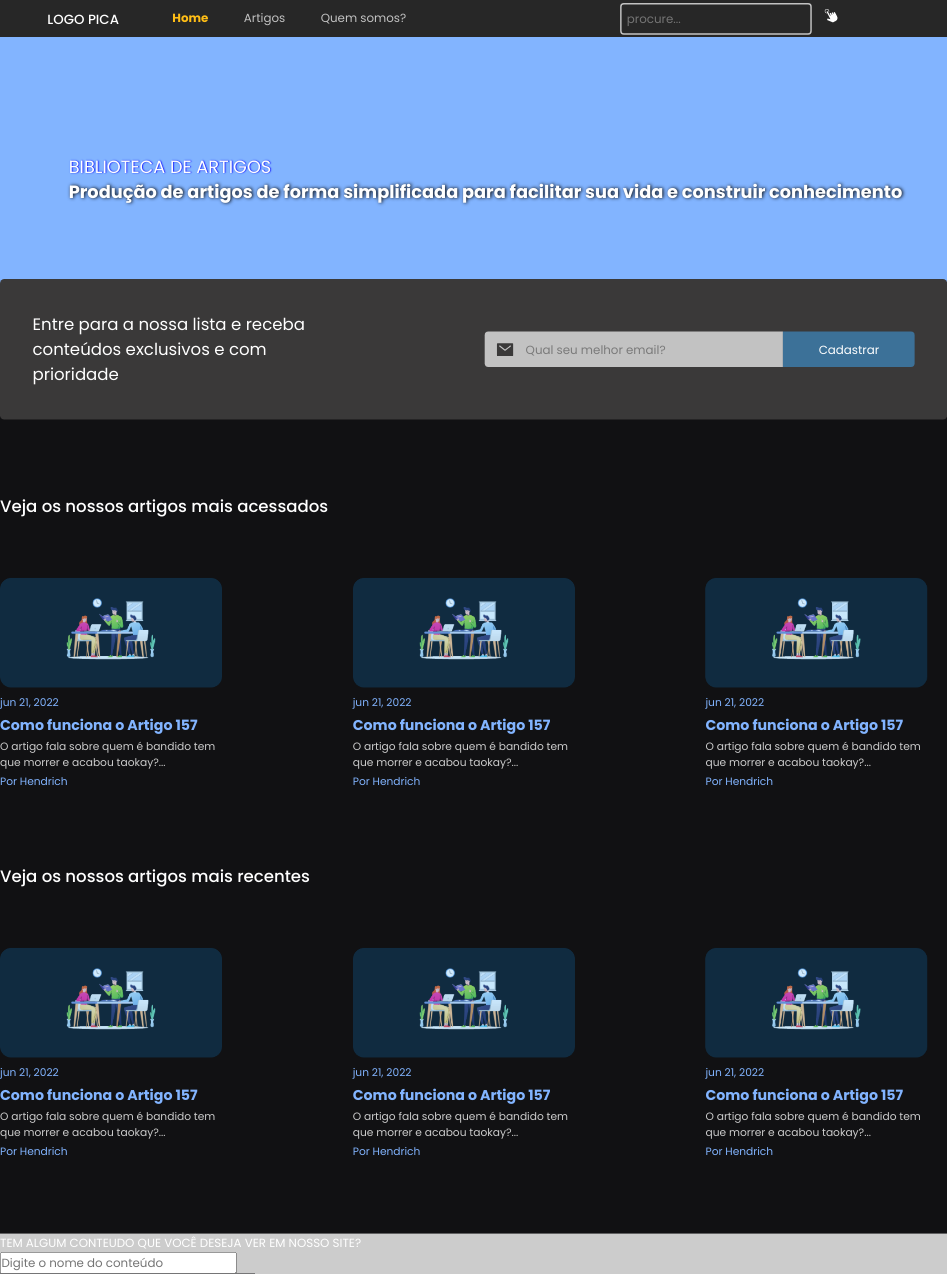
Repository: ArthurHendrich/Inepto
Page: /
An editor plug-in stored every save of this project. The page is shown before and after the next save, followed by the edit.
The browser window is 1280 px wide. The pictures show the whole page, at 74% of full size.
The project was rebuilt for these pictures with package versions that can differ from the ones it lists, and the page was loaded fresh each time. The framework's server and built-in components were replaced by stand-ins that run in the browser. Also part of the build but not shown: next.config.js.

Above is the page before, as saved 2022-07-06 21:29:05.

### src/pages/_app.tsx
import { AppProps } from "next/app";
import { Header } from "../components/header";

import '../styles/global.scss';

function MyApp({ Component, pageProps }: AppProps) {
  return (
    <>
    <Header />
    <Component {...pageProps} />
    </>
  );
}

export default MyApp;

### src/pages/_document.tsx
import Document, { Html, Head, Main, NextScript } from "next/document";

export default class MyDocument extends Document {
  render() {
    return (
      <Html>
        <Head>
          <link rel="preconnect" href="https://fonts.googleapis.com" />
          <link
            href="https://fonts.googleapis.com/css2?family=Poppins:wght@400;500;700;900&display=swap"
            rel="stylesheet"
          />
          <link rel="shortcut icon" href="favicon.png" type="image/png" />
        </Head>
        <body>
          <Main />
          <NextScript />
        </body>
      </Html>
    );
  }
}

### src/pages/index.tsx
import Head from "next/head";

import styles from "../styles/home.module.scss";

import { IoMailSharp } from 'react-icons/io5';

export default function Home() {
  return (
    <>
      <Head>
        <title>Direito Inepto</title>
      </Head>

      <main>
        <section className={styles.headerContainer}>
          <div className={styles.headerText}>
            <h1>BIBLIOTECA DE ARTIGOS</h1>
            <h2>
              Produção de artigos de forma simplificada para facilitar sua vida
              e construir conhecimento
            </h2>
          </div>
        </section>

        <section className={styles.inputContainer}>
          <h2>
            Entre para a nossa lista e receba conteúdos exclusivos e com
            prioridade
          </h2>
          <div className={styles.inputContent}>
            <div className={styles.ContentFake}>
              <IoMailSharp className={styles.mail}/>
              <input type="text" placeholder="Qual seu melhor email?" />
            </div>
              <button>Cadastrar</button>
          </div>
        </section>

        <section className={styles.acessContainer}>
          <div className={styles.acessTitle}>
            Veja os nossos artigos mais acessados
          </div>
          <div className={styles.acessContent}>
            <div className={styles.contentItem}>
              <img src="images/imagemteste.png" alt="teste" />
              <time>jun 21, 2022</time>
              <h2>Como funciona o Artigo 157</h2>
              <p>O artigo fala sobre quem é bandido tem que morrer e acabou taokay?...</p>
              <span>Por Hendrich</span>
            </div>
            <div className={styles.contentItem}>
              <img src="images/imagemteste.png" alt="teste" />
              <time>jun 21, 2022</time>
              <h2>Como funciona o Artigo 157</h2>
              <p>O artigo fala sobre quem é bandido tem que morrer e acabou taokay?...</p>
              <span>Por Hendrich</span>
            </div>
            <div className={styles.contentItem}>
              <img src="images/imagemteste.png" alt="teste" />
              <time>jun 21, 2022</time>
              <h2>Como funciona o Artigo 157</h2>
              <p>O artigo fala sobre quem é bandido tem que morrer e acabou taokay?...</p>
              <span>Por Hendrich</span>
            </div>
          </div>
        </section>

        <section className={styles.recentContainer}>
          <div className={styles.recentTitle}>
            Veja os nossos artigos mais recentes
          </div>
          <div className={styles.recentContent}>
            <div className={styles.contentItem}>
              <img src="images/imagemteste.png" alt="teste" />
              <time>jun 21, 2022</time>
              <h2>Como funciona o Artigo 157</h2>
              <p>O artigo fala sobre quem é bandido tem que morrer e acabou taokay?...</p>
              <span>Por Hendrich</span>
            </div>
            <div className={styles.contentItem}>
              <img src="images/imagemteste.png" alt="teste" />
              <time>jun 21, 2022</time>
              <h2>Como funciona o Artigo 157</h2>
              <p>O artigo fala sobre quem é bandido tem que morrer e acabou taokay?...</p>
              <span>Por Hendrich</span>
            </div>
            <div className={styles.contentItem}>
              <img src="images/imagemteste.png" alt="teste" />
              <time>jun 21, 2022</time>
              <h2>Como funciona o Artigo 157</h2>
              <p>O artigo fala sobre quem é bandido tem que morrer e acabou taokay?...</p>
              <span>Por Hendrich</span>
            </div>
          </div>
        </section>

        <section className={styles.contentContainer}>
          <div className={styles.contentTitle}>
            TEM ALGUM CONTEUDO QUE VOCÊ DESEJA VER EM NOSSO SITE?
          </div>
          <div className={styles.contentField}>
            <input type="text" placeholder="Digite o nome do conteúdo" />
          </div>
        </section>
      </main>
    </>
  );
}

### src/components/header/index.tsx
import styles from "./styles.module.scss";
import { GiClick } from "react-icons/gi";
import { ActiveLink } from "../ActiveLink";
import { useState } from "react";



export function Header() {
  const [inputText, setInputText] = useState('');



  return (
    <header className={styles.headerContainer}>
      <div className={styles.headerContent}>
        <div className={styles.headerItens}>
          <div className={styles.headerLogo}>
            <ActiveLink href="/" activeClassName={styles.active}>
              <a>LOGO PICA</a>
            </ActiveLink>
          </div>

          <nav>
            <ActiveLink href="/" activeClassName={styles.active}>
              <a>Home</a>
            </ActiveLink>

            <ActiveLink href="/posts" activeClassName={styles.active}>
              <a>Artigos</a>
            </ActiveLink>

            <ActiveLink href="/sobre" activeClassName={styles.active}>
              <a>Quem somos?</a>
            </ActiveLink>
          </nav>
        </div>

        <div className={styles.headerSearch}>
          <input
            type="text"
            value={inputText}
            placeholder="procure..."
            onChange={(e) => setInputText(e.target.value)}
          />
          <GiClick className={styles.headerSearchIcon}/>
        </div>
      </div>
    </header>
  );
}

### src/styles/global.scss
* {
  margin: 0;
  padding: 0;
  box-sizing: border-box;
}

:root {
  --white: #FFF;

  --gray-100: #C2C2C2;
  --gray-200: #CCCCCC;
  --gray-300: #7a7a7a;
  --gray-400: #3A3939;
  --gray-500: #272727;
  --gray-900: #111113;

  --blue-200: #3C7198;
  --blue-500: #82B4FF;
  --blue-900: #95D2FF;

  --purple-header: #2F1C6A;
  --purple-content: #492E9E;

  --yellow-500: #FFBE16;
}

@media (max-width: 1080px) {
  html {
    font-size: 93.75%;
  }
}

@media (max-width: 720px) {
  html {
    font-size: 87.5%;
  }
}

body{
  background: var(--gray-900);
  color: var(--white);
}

body, input, textarea, select, button {
  font: 400 1rem 'Poppins', sans-serif;
}

button {
  cursor: pointer;
}

a {
  color: inherit;
  text-decoration: none;
}

### src/styles/home.module.scss
.headerContainer {
  min-height: calc(60vh - 3.125rem);
  margin: 0 auto;
  display: flex;
  justify-content: center;
  align-items: center;
  padding: 0 2rem;
  background: var(--blue-500);

  .headerText {
    padding-left: 2rem;

    font-size: rem;

    h1 {
      font-weight: 50;
      cursor: pointer;
      text-shadow: 1px 0px 2px blue;
    }

    h2{
      font-weight: 700;
      line-height: 2rem;
      text-shadow: 1.5px 0px 5px black;
      cursor: pointer;
    }
  }

  img {
    width: 75%
  }
}

.inputContainer {
  max-width: 1475px;
  margin: 0 auto;
  margin-top: -55px;
  margin-bottom: 100px;
  padding: 2.75rem;
  display: flex;
  align-items: center;
  border-radius: 6px;
  background: var(--gray-400);

  h2 {
    font-size: 1.4rem;
    font-weight: 100;
  }

  .inputContent {
    padding-left: 15rem;
    display: flex;
    align-items: center;

    .ContentFake {
      display: flex;
      align-items: center;
      background: var(--gray-100);
      border-top-left-radius: 5px;
      border-bottom-left-radius: 5px;
      height: 3rem;

      input {
        margin-right: 2rem;
        border: none;
        background-color: transparent;
        color: var(--white);
        outline: none;
      }

      .mail{
        height: 25px;
        width: 25px;
        margin-right: 15px;
        margin-left: 15px;
        color: var(--gray-400);
      }
    }

    button {
      text-align: center;
      height: 3rem;
      background-color: var(--blue-200);
      border: 0;
      padding-left: 3rem;
      padding-right: 3rem;
      border-top-right-radius: 5px;
      border-bottom-right-radius: 5px;
      color: var(--white);

      transition: filter ease 0.2s;

      &:hover {
        filter: brightness(1.2);
      }
    }
  }


  *::placeholder {
    color: var(--gray-300);
  }
}


.acessContainer {
  max-width: 1700px;
  margin: 0 auto;

  .acessTitle {
    font-size: 1.4rem;
    font-weight: 500;
    margin-bottom: 80px;
  }

  .acessContent {
    max-width: 1500px;
    margin: 0 auto;


    display: grid;
    grid-template-columns: repeat(3, 1fr);
    gap: 150px;

    .contentItem {
      display: flex;
      flex-direction: column;
      max-width: 300px;

      img {
        width: 100%;
        height: 100%;
        object-fit: cover;
      }

      time {
        margin-top: 10px;
        margin-bottom: 5px;
        font-size: 0.9rem;
        color: var(--blue-500)
      }

      h2 {
        font-size: 1.2rem;
        margin-bottom: 5px;
        color: var(--blue-500)
      }

      p {
        font-size: 0.9rem;
        color: var(--gray-200);
        margin-bottom: 5px;
      }

      span {
        font-size: 0.9rem;
        color: var(--blue-500);
      }
    }
  }

  margin-bottom: 100px;
}

.recentContainer {
  max-width: 1700px;
  margin: 0 auto;

  .recentTitle {
    font-size: 1.4rem;
    font-weight: 500;
    margin-bottom: 80px;
  }

  .recentContent {
    max-width: 1500px;
    margin: 0 auto;


    display: grid;
    grid-template-columns: repeat(3, 1fr);
    gap: 150px;

    .contentItem {
      display: flex;
      flex-direction: column;
      max-width: 300px;

      img {
        width: 100%;
        height: 100%;
        object-fit: cover;
      }

      time {
        margin-top: 10px;
        margin-bottom: 5px;
        font-size: 0.9rem;
        color: var(--blue-500)
      }

      h2 {
        font-size: 1.2rem;
        margin-bottom: 5px;
        color: var(--blue-500)
      }

      p {
        font-size: 0.9rem;
        color: var(--gray-200);
        margin-bottom: 5px;
      }

      span {
        font-size: 0.9rem;
        color: var(--blue-500);
      }
    }
  }

  margin-bottom: 100px;
}

.contentContainer {
  background-color: var(--gray-200);
}

### src/components/header/styles.module.scss
.headerContainer {
  height: 3.125rem;
  background: var(--gray-500);
  color: var(--white);

}


.headerContent {
  height: 3.125rem;
  margin: 0 auto;
  display: flex;
  padding: 0 4rem;
  align-items: center;
  justify-content: space-between;

  .headerItens {
    display: flex;
    align-items: center;
    justify-content: space-between;

    .headerLogo {
      margin-right: 4rem;
      font-size: 1.125rem;
      font-weight: 500;
    }

    nav {
      height: 6rem;

      a {
        display: inline-block;
        position: relative;
        padding: 0 0.5rem;
        height: 6rem;
        line-height: 6rem;
        color: var(--gray-100);
        transition: color 0.2s;

        & + a {
          margin-left: 2rem;
        }

        &:hover {
          color: var(--white);
        }

        &.active{
          color: var(--yellow-500);
          font-weight: bold;
        }
      }
    }
  }

  .headerSearch {
    padding: 0 0.5rem;

    input {
      margin-right: 1rem;
      border: 2px solid var(--gray-100);
      border-radius: 5px;
      background: transparent;
      width: 70%;
      padding: 0.4375rem 0.4375rem;
      color: var(--gray-300);
    }

    .headerSearchIcon {
      height: 20px;
      width: 20px;
      cursor: pointer;

      transition: all 0.2s;

      &:hover {
        color: var(--yellow-500);
        filter: brightness(0.9);
      }
    }
  }
}

### src/components/ActiveLink/index.tsx
import Link, { LinkProps } from "next/link";
import { useRouter } from "next/router";
import { cloneElement, ReactElement } from "react";

interface ActiveLinkProps extends LinkProps {
  children: ReactElement;
  activeClassName: string;
}

export function ActiveLink ({ children, activeClassName, ...rest }: ActiveLinkProps) {
  const { asPath } = useRouter();

  const className = asPath === rest.href ? activeClassName : '';


  return (
    <Link {...rest}>
      {cloneElement(children, { className })}
    </Link>
  )
}

After the next save:
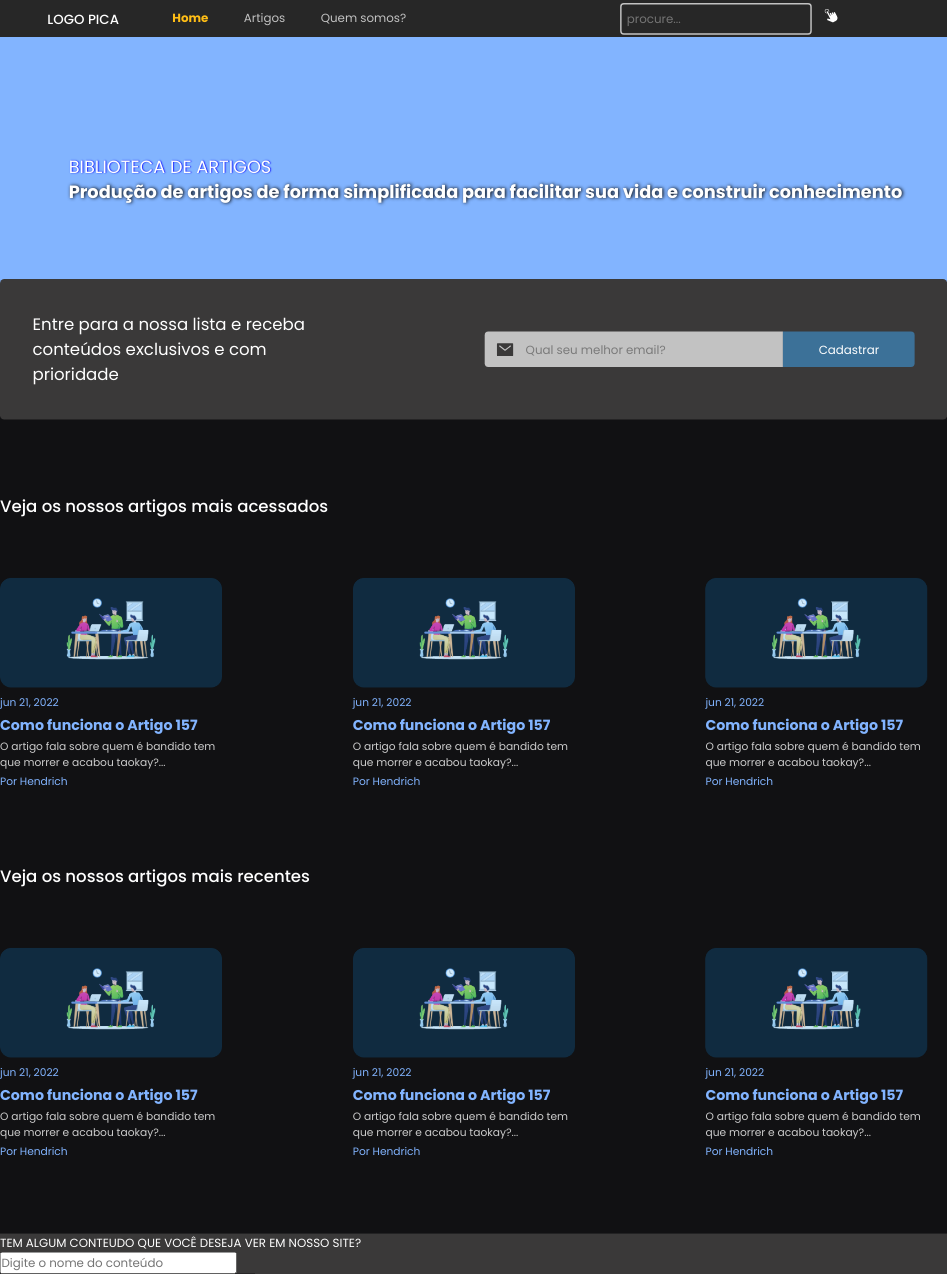
Saved 6 s later.
--- a/src/styles/home.module.scss
+++ b/src/styles/home.module.scss
@@ -222,5 +222,5 @@
 }
 
 .contentContainer {
-  background-color: var(--gray-200);
-}
+  background-color: var(--gray-400);
+}
